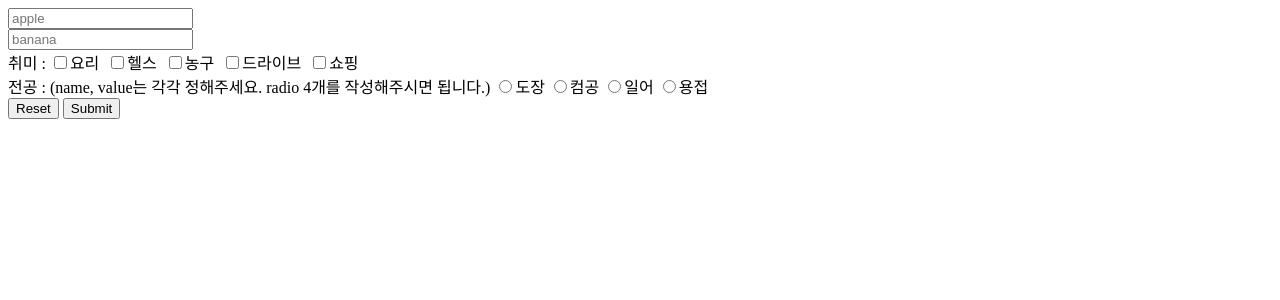
Repository: Yingjae/jsp_practice
Page: http://localhost/JSPBasic/JspObject/1.requests/req_param_send.jsp
These files come from the project's save history. The page is drawn as it stood at one moment and after the next save; the edit follows.
The browser window is 1280 px wide. The pictures show the whole page.
The page is served by Tomcat 9.

Above is the page before, as saved 2022-02-03 06:44:26.

### JSPBasic/src/main/webapp/JspObject/1.requests/req_param_send.jsp
<%@ page language="java" contentType="text/html; charset=UTF-8"
    pageEncoding="UTF-8"%>
<!DOCTYPE html>
<html>
<head>
<meta charset="UTF-8">
<title>Insert title here</title>
</head>
<body>
<%-- 아래에 form을 만들고 내부에 input 4개를 만들어 주세요.
input태그의 type속성은 하나는 text, 하나는 password
name속성은 하나는 apple, 하나는 banana로 해주세요.
reset버튼과 submit버튼도 각각 하나씩 만들어주세요.

form의 action이 바로 목적지를 적는 부분임.
웹개발에서는 받을 페이지 화면의 주소를 적어줍니다.--%>

 	<form action="req_param_getpost.jsp" method="get">
 		<input type="text" name="apple" placeholder="apple" /><br/>
 		<input type="password" name="banana" placeholder="banana"><br/>

 		취미 :
 		<input type="checkbox" name="hobby">요리&nbsp;
 		<input type="checkbox" name="hobby">헬스&nbsp;
 		<input type="checkbox" name="hobby">농구&nbsp;
 		<input type="checkbox" name="hobby">드라이브&nbsp;
 		<input type="checkbox" name="hobby">쇼핑&nbsp;<br/>

 		전공 : (name, value는 각각 정해주세요. radio 4개를 작성해주시면 됩니다.)
 		<input type="radio" name="major" value="도장" />도장
 		<input type="radio" name="major" value="컴퓨터공학" />컴공
 		<input type="radio" name="major" value="일어" />일어
 		<input type="radio" name="major" value="용접" />용접<br/>


 		<input type="reset" />
 		<input type="submit" />
 	</form>
</body>
</html>

After the next save:
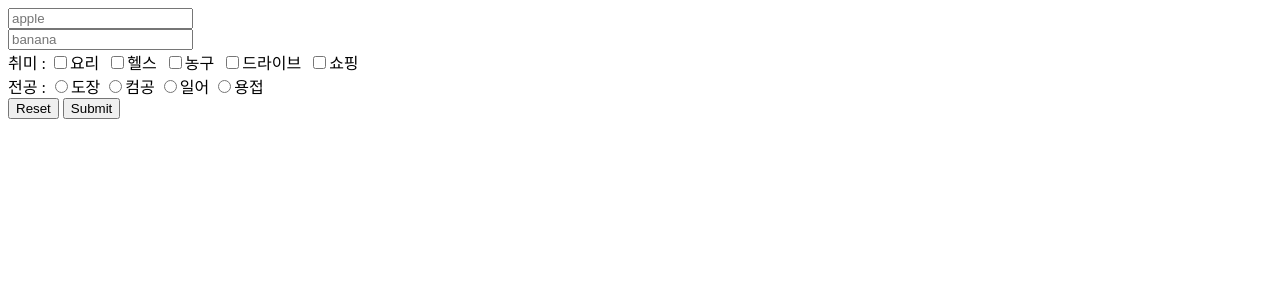
Saved 34 s later.
--- a/JSPBasic/src/main/webapp/JspObject/1.requests/req_param_send.jsp
+++ b/JSPBasic/src/main/webapp/JspObject/1.requests/req_param_send.jsp
@@ -26,7 +26,7 @@
  		<input type="checkbox" name="hobby">드라이브&nbsp;
  		<input type="checkbox" name="hobby">쇼핑&nbsp;<br/>
 
- 		전공 : (name, value는 각각 정해주세요. radio 4개를 작성해주시면 됩니다.)
+ 		전공 : <%-- (name, value는 각각 정해주세요. radio 4개를 작성해주시면 됩니다.) --%>
  		<input type="radio" name="major" value="도장" />도장
  		<input type="radio" name="major" value="컴퓨터공학" />컴공
  		<input type="radio" name="major" value="일어" />일어
